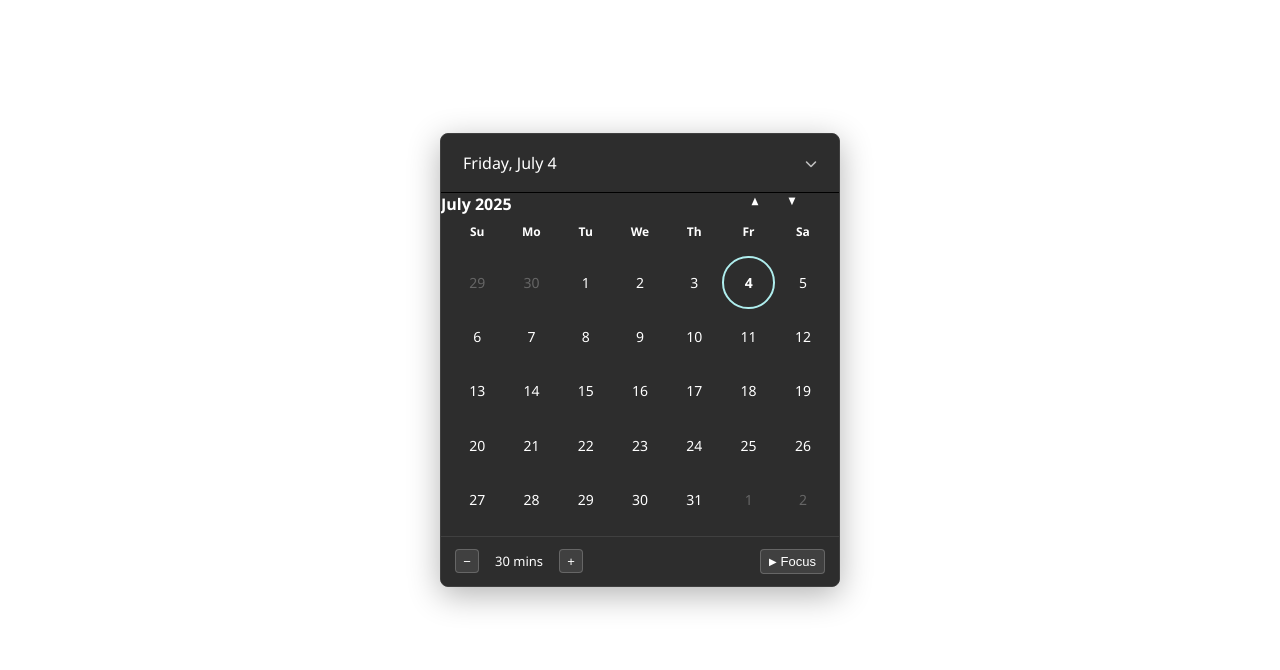
Repository: ThuTrang-jvb/JVB_BT2
Page: index.html
These files come from the project's save history. The page is drawn as it stood at one moment and after the next save; the edit follows.
The browser window is 1280 px wide. The pictures show the whole page.

Above is the page before, as saved 2025-07-07 11:29:09.

### index.html
<!DOCTYPE html>
<html lang="en">
<head>
  <meta charset="UTF-8" />
  <meta name="viewport" content="width=device-width, initial-scale=1.0"/>
  <title>Calendar</title>
  <link rel="stylesheet" href="style.css" />
  <link rel="stylesheet" href="https://cdnjs.cloudflare.com/ajax/libs/font-awesome/6.4.0/css/all.min.css" />
</head>
<body>
  <div class="calendar">
    <div class="top-bar">
      <div class="date-display" id="dateToggle">
        <span id="dateText">Monday, November 7</span>
        <span class="dropdown-icon" id="dropdownIcon">
          <i class="fa-solid fa-chevron-down"></i>
        </span>
      </div>
    </div>

    <div class="navigation-bar">
      <div class="title-block" id="calendarTitle">
        <span id="calendarTitleText">November 2022</span>
        <div class="arrow-controls">
          <span>&#9650;</span>
          <span>&#9660;</span>
        </div>
      </div>
    </div>

    <div class="main-calendar">
      <div class="weekday-header" id="weekdayHeader">
        <div class="weekday">Su</div>
        <div class="weekday">Mo</div>
        <div class="weekday">Tu</div>
        <div class="weekday">We</div>
        <div class="weekday">Th</div>
        <div class="weekday">Fr</div>
        <div class="weekday">Sa</div>
      </div>
      <div class="grid-display month-view" id="gridContainer"></div>
    </div>

    <div class="bottom-panel">
      <div class="control-section">
        <div class="session-control">
          <button class="btn-time" id="minusTime">−</button>
          <span class="time-display" id="durationLabel">30 mins</span>
          <button class="btn-time" id="plusTime">+</button>
        </div>
        <button class="session-btn" id="startBtn">
          <span class="session-icon">▶</span>
          <span>Focus</span>
        </button>
      </div>
    </div>
  </div>
  <script src="main.js"></script>
</body>
</html>

### style.css

* {
    margin: 0;
    padding: 0;
    box-sizing: border-box;
}

body {
    font-family: "Segoe UI", Tahoma, Geneva, Verdana, sans-serif;
    background: #ffffff;
    color: #000000;
    min-height: 100vh;
    display: flex;
    align-items: center;
    justify-content: center;
}

.calendar {
    background: #2d2d2d;
    border-radius: 8px;
    width: 100%;
    max-width: 400px;
    box-shadow: 0 8px 32px rgba(0, 0, 0, 0.3);
    border: 1px solid #404040;
    overflow: hidden;
    display: flex;
    flex-direction: column;
}

.top-bar {
    background: #2d2d2d;
    padding: 18px 22px;
    border-bottom: 1px solid #000;
}

.date-display {
    display: flex;
    align-items: center;
    justify-content: space-between;
    font-size: 16px;
    font-weight: 400;
    color: #ffffff;
    cursor: pointer;
    transition: color 0.2s ease;
}

.date-display:hover {
    color: #60a5fa;
}

.dropdown-icon {
    opacity: 0.7;
    font-size: 12px;
}

.navigation-bar {
    display: flex;
    align-items: center;
    justify-content: space-between;
    font-weight: 500;
    padding
    background: #2d2d2d;
}

.title-block {
    display: flex;
    gap: 240px;
    font-size: 16px;
    font-weight: 600;
    color: #ffffff;
    cursor: pointer;
    transition: color 0.2s ease;
}

.title-block:hover {
    color: #60a5fa;
}

.arrow-controls {
    display: flex;
    gap: 30px;
    font-size: 10px;
    margin-left: auto;
}

.weekday-header {
    display: grid;
    grid-template-columns: repeat(7, 1fr);
    gap: 2px;
    margin-bottom: 8px;
    padding: 0 10px;
}

.weekday {
    text-align: center;
    font-size: 12px;
    font-weight: 600;
    color: white;
    padding: 8px 4px;
}

.grid-display {
    display: grid;
    gap: 2px;
    padding: 0 10px 10px;
}

.month-view {
    grid-template-columns: repeat(7, 1fr);
}

.year-view {
    grid-template-columns: repeat(4, 1fr);
    gap: 8px;
}

.decade-view {
    grid-template-columns: repeat(4, 1fr);
    gap: 8px;
}

.grid-cell,
.year-cell,
.decade-cell {
    aspect-ratio: 1;
    display: flex;
    align-items: center;
    justify-content: center;
    cursor: pointer;
    border-radius: 4px;
    font-size: 14px;
    font-weight: 400;
    transition: all 0.2s ease;
    color: #ffffff;
    min-height: 32px;
}

.grid-cell:hover,
.year-cell:hover,
.decade-cell:hover {
    background: #404040;
    border-radius: 50%;
}

.grid-cell.dimmed,
.decade-cell.dimmed {
    color: #666666;
}

.grid-cell.today,
.year-cell.current,
.decade-cell.current {
    background: #0078d4;
    color: white;
    font-weight: 600;
    border-radius: 50%;
}

.grid-cell.selected,
.year-cell.selected,
.decade-cell.selected {
    background: none;
    border: 2px solid paleturquoise;
    color: white;
    font-weight: 600;
    border-radius: 50%;
}

.bottom-panel {
    padding: 12px 14px;
    border-top: 1px solid #404040;
    background: #2d2d2d;
}

.control-section {
    display: flex;
    justify-content: space-between;
    align-items: center;
}

.session-control {
    display: flex;
    align-items: center;
    gap: 6px;
}

.btn-time {
    background: #404040;
    color: white;
    cursor: pointer;
    font-size: 13px;
    width: 24px;
    height: 24px;
    display: flex;
    align-items: center;
    justify-content: center;
    border: 1px solid rgba(255, 255, 255, 0.2);
    transition: all 0.2s ease;
    border-radius: 4px;
}

.btn-time:hover {
    color: #60a5fa;
}

.time-display {
    font-size: 13px;
    color: white;
    min-width: 60px;
    padding: 0 10px;
    text-align: center;
}

.session-btn {
    background: #404040;
    border: 1px solid rgba(255, 255, 255, 0.2);
    padding: 4px 8px;
    color: white;
    font-size: 13px;
    cursor: pointer;
    display: flex;
    align-items: center;
    gap: 4px;
    transition: color 0.2s ease;
    border-radius: 4px;
}

.session-btn:hover {
    color: #60a5fa;
    background: #404040;
}

.session-icon {
    font-size: 10px;
}

.hidden {
    display: none;
}
.main-calendar {
    overflow: hidden;
    transition: max-height 0.4s ease;
}
.main-calendar.collapsed {
  max-height: 0;
}

@media (max-width: 480px) {
    .calendar {
        width: 90%;
        margin: 10px;
    }
}

### main.js
class Calendar {
    constructor() {
        this.currentDate = new Date();
        this.selectedDate = new Date();
        this.currentMonth = new Date();
        this.viewMode = 'month';
        this.timeMinutes = 30;
        this.focusInterval = null;
        this.remainingSeconds = 0;

        this.months = [
            'January', 'February', 'March', 'April', 'May', 'June',
            'July', 'August', 'September', 'October', 'November', 'December'
        ];

        this.monthsShort = [
            'Jan', 'Feb', 'Mar', 'Apr', 'May', 'Jun',
            'Jul', 'Aug', 'Sep', 'Oct', 'Nov', 'Dec'
        ];

        this.init();
    }

    init() {
        this.bindEvents();
        this.updateDisplay();
        this.startRealTimeUpdate();
    }

    bindEvents() {
        document.getElementById('dateText').addEventListener('click', () => this.handleHeaderClick())
        document.querySelector('.dropdown-icon').addEventListener('click', () => this.isCollapsed());
        document.getElementById('calendarTitle').addEventListener('click', () => this.handleNavTitleClick());
        const arrows = document.querySelectorAll('.arrow-controls span');
        if (arrows.length >= 2) {
            arrows[0].addEventListener('click', () => this.navigate(-1));
            arrows[1].addEventListener('click', () => this.navigate(1));
        }

        document.getElementById('minusTime').addEventListener('click', () => this.adjustTime(-5));
        document.getElementById('plusTime').addEventListener('click', () => this.adjustTime(15));
        document.getElementById('startBtn').addEventListener('click', () => this.toggleFocus());
    }

    adjustTime(minutes) {
        this.timeMinutes += minutes;
        if (this.timeMinutes < 5) this.timeMinutes = 5;
        if (this.timeMinutes > 480) this.timeMinutes = 480;
        this.updateTimeDisplay();
    }

    updateTimeDisplay() {
        const timeLabel = document.getElementById('durationLabel');
        if (this.timeMinutes >= 60) {
            const hours = Math.floor(this.timeMinutes / 60);
            const mins = this.timeMinutes % 60;
            if (mins === 0) {
                timeLabel.textContent = `${hours} hr${hours > 1 ? 's' : ''}`;
            } else {
                timeLabel.textContent = `${hours}h ${mins}m`;
            }
        } else {
            timeLabel.textContent = `${this.timeMinutes} mins`;
        }
    }

    toggleFocus() {
        const focusBtn = document.getElementById('startBtn');
        const icon = focusBtn.querySelector('.session-icon');
        const text = focusBtn.querySelector('span:last-child');

        if (text.textContent === 'Focus') {
            text.textContent = 'Stop';
            icon.textContent = '⏸';
            focusBtn.style.color = '#60a5fa';
            this.remainingSeconds = this.timeMinutes * 60;

            this.focusInterval = setInterval(() => {
                this.remainingSeconds--;
                this.updateCountdownDisplay();

                if (this.remainingSeconds <= 0) {
                    clearInterval(this.focusInterval);
                    this.focusInterval = null;
                    alert("Time's up!");
                    this.resetFocusButton();
                }
            }, 1000);

        } else {
            clearInterval(this.focusInterval);
            this.focusInterval = null;
            this.resetFocusButton();
            this.updateTimeDisplay();
        }
    }

    updateCountdownDisplay() {
        const timeLabel = document.getElementById('durationLabel');
        const minutes = Math.floor(this.remainingSeconds / 60);
        const seconds = this.remainingSeconds % 60;
        timeLabel.textContent = `${minutes}m ${seconds}s`;
    }

    resetFocusButton() {
        const focusBtn = document.getElementById('startBtn');
        const icon = focusBtn.querySelector('.session-icon');
        const text = focusBtn.querySelector('span:last-child');

        text.textContent = 'Focus';
        icon.textContent = '\u25B6';
        focusBtn.style.color = '#888888';
    }

    startRealTimeUpdate() {
        setInterval(() => {
            this.currentDate = new Date();
            this.updateHeaderDate();
        }, 1000);
    }

    handleHeaderClick() {
            this.viewMode = 'month';
            this.currentMonth = new Date(this.currentDate);
            this.selectedDate = new Date(this.currentDate);
            this.updateDisplay();

    }

    handleNavTitleClick() {
        switch (this.viewMode) {
            case 'month':
                this.viewMode = 'year';
                break;
            case 'year':
                this.viewMode = 'decade';
                break;
        }
        this.updateDisplay();
    }

    navigate(direction) {
        switch (this.viewMode) {
            case 'month':
                this.currentMonth.setMonth(this.currentMonth.getMonth() + direction);
                break;
            case 'year':
                this.currentMonth.setFullYear(this.currentMonth.getFullYear() + direction);
                break;
            case 'decade':
                this.currentMonth.setFullYear(this.currentMonth.getFullYear() + direction * 10);
                break;
        }
        this.updateDisplay();
    }

    updateDisplay() {
        this.updateHeaderDate();
        this.updateNavTitle();
        this.updateCalendarGrid();
        this.updateWeekdayHeader();
        this.updateTimeDisplay();
    }

    updateHeaderDate() {
        const options = { weekday: 'long', month: 'long', day: 'numeric' };
        const dateText = this.currentDate.toLocaleDateString('en-US', options);

        document.getElementById('dateText').textContent = dateText;
    }

    updateNavTitle() {
        let titleText = '';
        switch (this.viewMode) {
            case 'month':
                titleText = `${this.months[this.currentMonth.getMonth()]} ${this.currentMonth.getFullYear()}`;
                break;
            case 'year':
                titleText = this.currentMonth.getFullYear().toString();
                break;
            case 'decade':
                const startYear = Math.floor(this.currentMonth.getFullYear() / 10) * 10;
                titleText = `${startYear} - ${startYear + 9}`;
                break;
        }
        document.getElementById('calendarTitleText').textContent = titleText;
    }

    updateWeekdayHeader() {
        const header = document.getElementById('weekdayHeader');
        const grid = document.getElementById('gridContainer');

        if (this.viewMode === 'month') {
            header.classList.remove('hidden');
            grid.className = 'grid-display month-view';
        } else {
            header.classList.add('hidden');
            grid.className = `grid-display ${this.viewMode}-view`;
        }
    }

    updateCalendarGrid() {
        const grid = document.getElementById('gridContainer');
        grid.innerHTML = '';

        switch (this.viewMode) {
            case 'month':
                this.renderMonthView(grid);
                break;
            case 'year':
                this.renderYearView(grid);
                break;
            case 'decade':
                this.renderDecadeView(grid);
                break;
        }
    }

    renderMonthView(grid) {
        const daysInMonth = new Date(this.currentMonth.getFullYear(), this.currentMonth.getMonth() + 1, 0).getDate();
        const firstDay = new Date(this.currentMonth.getFullYear(), this.currentMonth.getMonth(), 1).getDay();
        const prevMonth = new Date(this.currentMonth.getFullYear(), this.currentMonth.getMonth(), 0);
        const prevMonthDays = prevMonth.getDate();

        for (let i = firstDay - 1; i >= 0; i--) {
            const day = document.createElement('div');
            day.className = 'grid-cell dimmed';
            day.textContent = prevMonthDays - i;
            grid.appendChild(day);
        }

        for (let day = 1; day <= daysInMonth; day++) {
            const date = new Date(this.currentMonth.getFullYear(), this.currentMonth.getMonth(), day);
            const dayElement = document.createElement('div');
            dayElement.className = 'grid-cell';
            dayElement.textContent = day;

            if (this.isSameDay(date, this.currentDate)) dayElement.classList.add('today');
            if (this.isSameDay(date, this.selectedDate)) dayElement.classList.add('selected');

            dayElement.addEventListener('click', () => {
                this.selectedDate = new Date(date);
                this.updateDisplay();
            });

            grid.appendChild(dayElement);
        }

        const totalCells = Math.ceil((firstDay + daysInMonth) / 7) * 7;
        const remainingCells = totalCells - (firstDay + daysInMonth);

        for (let day = 1; day <= remainingCells; day++) {
            const dayElement = document.createElement('div');
            dayElement.className = 'grid-cell dimmed';
            dayElement.textContent = day;
            grid.appendChild(dayElement);
        }
    }

    renderYearView(grid) {
        for (let month = 0; month < 12; month++) {
            const monthElement = document.createElement('div');
            monthElement.className = 'year-cell';
            monthElement.textContent = this.monthsShort[month];

            const date = new Date(this.currentMonth.getFullYear(), month, 1);

            if (month === this.currentDate.getMonth() && this.currentMonth.getFullYear() === this.currentDate.getFullYear()) {
                monthElement.classList.add('current');
            }
            if (month === this.currentMonth.getMonth()) {
                monthElement.classList.add('selected');
            }

            monthElement.addEventListener('click', () => {
                this.currentMonth.setMonth(month);
                this.viewMode = 'month';
                this.updateDisplay();
            });

            grid.appendChild(monthElement);
        }
    }

    renderDecadeView(grid) {
        const currentYear = this.currentMonth.getFullYear();
        const startYear = Math.floor(currentYear / 10) * 10 - 2;

        for (let i = 0; i < 16; i++) {
            const year = startYear + i;
            const yearElement = document.createElement('div');
            yearElement.className = 'decade-cell';
            yearElement.textContent = year;

            if (year === this.currentDate.getFullYear()) yearElement.classList.add('current');
            if (year === this.currentMonth.getFullYear()) yearElement.classList.add('selected');
            if (i < 2 || i > 13) yearElement.classList.add('dimmed');

            yearElement.addEventListener('click', () => {
                this.currentMonth.setFullYear(year);
                this.viewMode = 'year';
                this.updateDisplay();
            });

            grid.appendChild(yearElement);
        }
    }

    isSameDay(date1, date2) {
        return date1.getDate() === date2.getDate() &&
               date1.getMonth() === date2.getMonth() &&
               date1.getFullYear() === date2.getFullYear();
    }
    isCollapsed() {
        const calendar = document.querySelector('.calendar');
        const mainCalendar = document.querySelector('.main-calendar');
        const navigationBar = document.querySelector('.navigation-bar');
        const dropdownIcon = document.getElementById('dropdownIcon');

        calendar.classList.toggle('collapsed');

        if (calendar.classList.contains('collapsed')) {
            mainCalendar.style.display = 'none';
            navigationBar.style.display = 'none';

            // Đổi icon mũi tên thành hướng lên
            if (dropdownIcon.tagName === 'I') {
                dropdownIcon.classList.remove('fa-chevron-down');
                dropdownIcon.classList.add('fa-chevron-up');
            } else {
                dropdownIcon.textContent = '▲';
            }
        } else {
            mainCalendar.style.display = '';
            navigationBar.style.display = '';

            // Đổi icon mũi tên thành hướng xuống
            if (dropdownIcon.tagName === 'I') {
                dropdownIcon.classList.remove('fa-chevron-up');
                dropdownIcon.classList.add('fa-chevron-down');
            } else {
                dropdownIcon.textContent = '▼';
            }
        }
    }

}

document.addEventListener('DOMContentLoaded', () => {
    new Calendar();
});

After the next save:
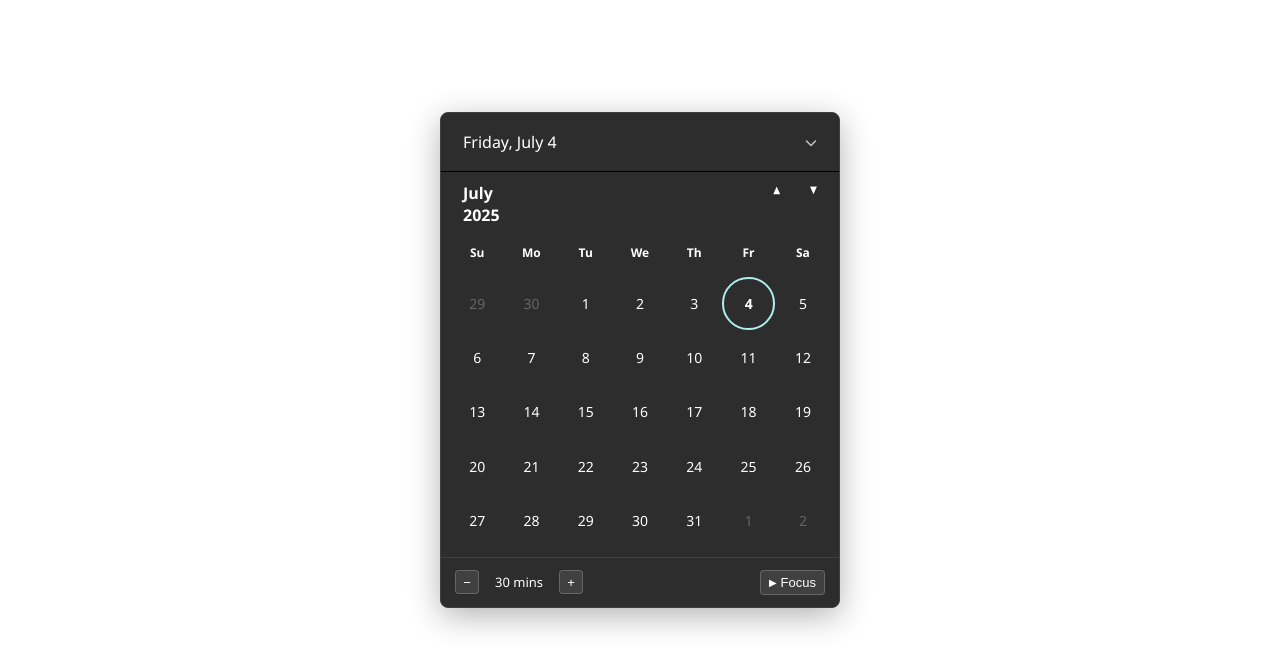
Saved 7 s later.
--- a/style.css
+++ b/style.css
@@ -58,7 +58,7 @@
     align-items: center;
     justify-content: space-between;
     font-weight: 500;
-    padding
+    padding: 10px 22px;
     background: #2d2d2d;
 }
 

After the save that followed:
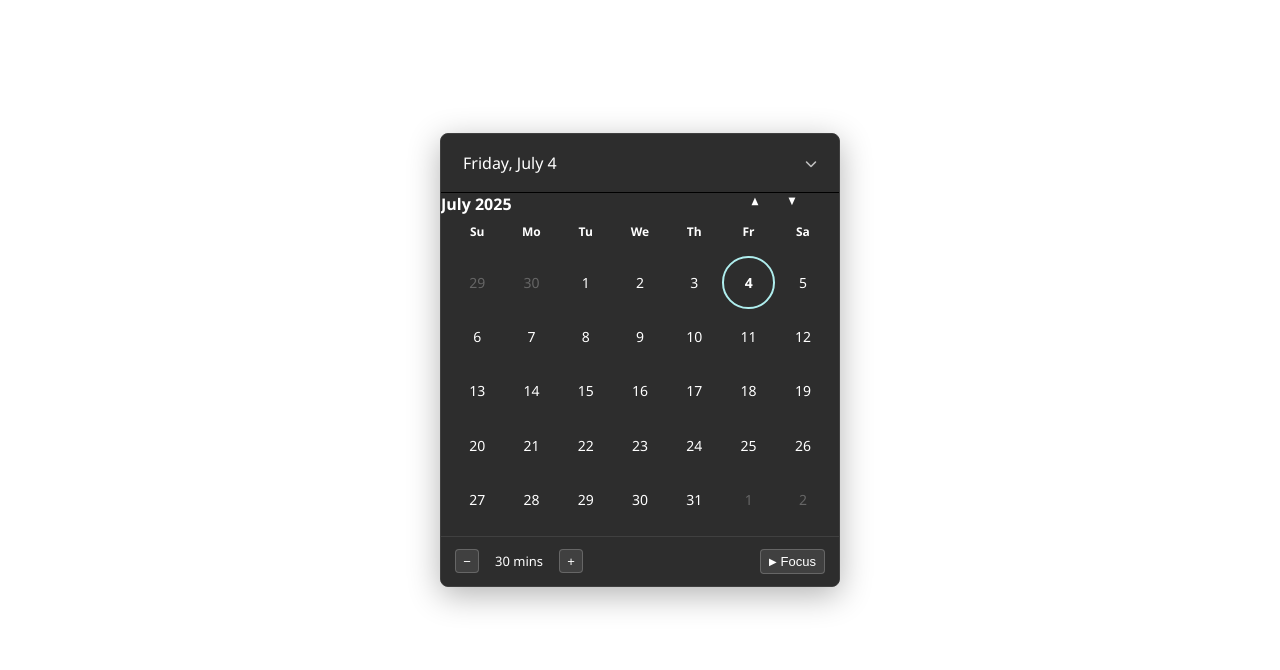
Saved 16 s later.
--- a/style.css
+++ b/style.css
@@ -58,7 +58,7 @@
     align-items: center;
     justify-content: space-between;
     font-weight: 500;
-    padding: 10px 22px;
+    padding:
     background: #2d2d2d;
 }
 
